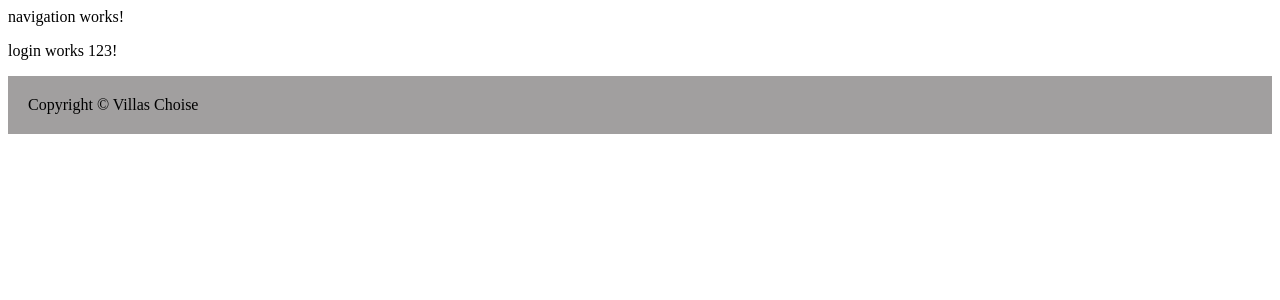
Repository: vsterev/angular-antiCovid-travel
Page: /login (app in covid-travel/)
The author's editor kept a copy of each file at every save. The page is drawn from the files as they stood at one save, then again after the next save.
The browser window is 1280 px wide. The pictures show the whole page.
The project was rebuilt for these pictures with package versions that can differ from the ones it lists, and the page was loaded fresh each time. Also part of the build but not shown: covid-travel/angular.json, covid-travel/src/app/villas/details-reservation/details-reservation.component.ts, covid-travel/src/app/villas/villa-book/villa-book.component.ts, covid-travel/src/app/villas/villa-edit/villa-edit.component.ts, covid-travel/src/app/user/user.service.ts, covid-travel/src/app/villas/villa.service.ts, covid-travel/src/app/villas/villa-detail/villa-detail.component.ts, covid-travel/src/app/villas/villa-add/villa-add.component.ts and 6 more.

Above is the page before, as saved 2020-11-16 01:36:48.

### covid-travel/src/index.html
<!DOCTYPE html>
<html lang="en">
  <head>
    <meta charset="utf-8" />
    <title>CovidTravel</title>
    <base href="/" />
    <meta name="viewport" content="width=device-width, initial-scale=1" />
    <!-- <link rel="icon" type="image/x-icon" href="favicon.ico" /> -->
    <link rel="icon" type="image/png" href="./assets/house.png" />
  </head>
  <body>
    <app-root></app-root>
  </body>
</html>

### covid-travel/src/app/app.module.ts
import { VillasModule } from './villas/villas.module';
import { VillaRoutingModule } from './villas/villas-routing.moule';
import { FooterComponent } from './core/footer/footer.component';
import { NavigationComponent } from './core/navigation/navigation.component';
import { BrowserModule } from '@angular/platform-browser';
import { NgModule } from '@angular/core';

import { AppRoutingModule } from './app-routing.module';
import { AppComponent } from './app.component';
import { HomeComponent } from './home/home.component';
import { HomeAuthComponent } from './home-auth/home-auth.component';
import { UserModule } from './user/user.module';

@NgModule({
  declarations: [
    AppComponent,
    HomeComponent,
    HomeAuthComponent,
    NavigationComponent,
    FooterComponent
  ],
  imports: [
    BrowserModule,
    // VillaRoutingModule,
    AppRoutingModule,
    VillasModule,
    UserModule
  ],
  providers: [],
  bootstrap: [AppComponent]
})
export class AppModule { }

### covid-travel/src/app/villas/villas.module.ts
import { RouterModule } from '@angular/router';
import { VillaRoutingModule } from './villas-routing.moule';
import { NgModule } from '@angular/core';
import { CommonModule } from '@angular/common';
import { DetailsReservationComponent } from './details-reservation/details-reservation.component';
import { VillaDetailComponent } from './villa-detail/villa-detail.component';
import { VillaEditComponent } from './villa-edit/villa-edit.component';
import { VillaAddComponent } from './villa-add/villa-add.component';
import { VillaBookComponent } from './villa-book/villa-book.component';



@NgModule({
  declarations: [DetailsReservationComponent, VillaDetailComponent, VillaEditComponent, VillaAddComponent, VillaBookComponent],
  exports: [],
  imports: [
    CommonModule,
    VillaRoutingModule
  ]
})
export class VillasModule { }

### covid-travel/src/app/app-routing.module.ts
import { RegisterComponent } from './user/register/register.component';
import { LoginComponent } from './user/login/login.component';
import { NotFoundComponent } from './core/not-found/not-found.component';
import { HomeAuthComponent } from './home-auth/home-auth.component';
import { NgModule } from '@angular/core';
import { Routes, RouterModule } from '@angular/router';
import { HomeComponent } from './home/home.component';

const routes: Routes = [
  {
    path: '',
    pathMatch: 'full',
    component: HomeComponent
  },
  {
    path: 'home',
    component: HomeComponent
  },
  {
    path: 'home-auth',
    component: HomeAuthComponent
  },
  {
    path: 'login',
    component: LoginComponent
  },
  {
    path: 'register',
    component: RegisterComponent
  },
  {
    path: '**',
    component: NotFoundComponent
  }
];

// @NgModule({
//   imports: [RouterModule.forRoot(routes)],
//   exports: [RouterModule]
// })
// export class AppRoutingModule { }
export const AppRoutingModule = RouterModule.forRoot(routes);

### covid-travel/src/app/app.component.ts
import { Component } from '@angular/core';

@Component({
  selector: 'app-root',
  templateUrl: './app.component.html',
  styleUrls: ['./app.component.css']
})
export class AppComponent {
  title = 'covid-travel';
}

### covid-travel/src/app/user/user.module.ts
import { UserRoutingModule } from './user-routing.moule';
import { NgModule } from '@angular/core';
import { CommonModule } from '@angular/common';
import { LoginComponent } from './login/login.component';
import { RegisterComponent } from './register/register.component';
import { ProfileComponent } from './profile/profile.component';
import { PassChangeComponent } from './pass-change/pass-change.component';



@NgModule({
  declarations: [LoginComponent, RegisterComponent, ProfileComponent, PassChangeComponent],
  imports: [
    CommonModule,
    UserRoutingModule
  ]
})
export class UserModule { }

### covid-travel/src/app/villas/villas-routing.moule.ts
import { DetailsReservationComponent } from './details-reservation/details-reservation.component';
import { VillaBookComponent } from './villa-book/villa-book.component';
import { VillaEditComponent } from './villa-edit/villa-edit.component';
import { VillaDetailComponent } from './villa-detail/villa-detail.component';
import { RouterModule, Routes } from '@angular/router';
import { VillaAddComponent } from './villa-add/villa-add.component';
import { NgModule } from '@angular/core';


const routes: Routes = [
  {
    path: 'villa',
    children: [
      // {
      //   path: '',
      //   pathMatch: 'full',
      //   redirectTo: '/cause/create'
      // },
      {
        path: 'add',
        component: VillaAddComponent
      },
      {
        path: 'detail/:id',
        component: VillaDetailComponent
      },
      {
        path: 'edit/:id',
        component: VillaEditComponent
      },
      {
        path: 'book/:id',
        component: VillaBookComponent
      },
      {
        path: 'book-detail/:id',
        component: DetailsReservationComponent
      }
    ]
  }
];
// @NgModule({
//   imports: [RouterModule.forChild(routes)],
//   exports: [RouterModule]
// })
// export class VillaRoutingModule { }
export const VillaRoutingModule = RouterModule.forChild(routes);

### covid-travel/src/app/core/footer/footer.component.html
<p>Copyright © Villas Choise</p>

### covid-travel/src/app/core/footer/footer.component.css
p {
  background: rgb(161, 159, 159);
  padding: 20px;
}

### covid-travel/src/app/core/navigation/navigation.component.css
* {
  margin: 0px;
}
div.container {
  background: beige;
}
div.navbar {
  display: flex;
  flex-direction: row;
  align-items: center;
  justify-content: space-between;
  padding: 10px;
  width: 90%;
  margin: 0 auto;
}
div.navbar > ul {
  display: flex;
  flex-direction: row;
  list-style: none;
  justify-content: space-between;
  font-size: 20px;
  margin-right: 20px;
  margin-top: revert;
}
div.navbar > ul > li {
  padding-bottom: 10px;
}
/* div.navbar > ul > li :hover {
  color: white;
  cursor: pointer;
  text-decoration: underline;
  text-decoration-color: blue;
} */
div.navbar > ul > li > a {
  /* text-decoration: none;
  color: blue; */
  font-size: 18px;
}
div.img-wrapper > img {
  width: 100%;
  height: 100%;
  object-fit: none;
}
div.img-wrapper {
  width: 340px;
  height: 64px;
}

### covid-travel/src/app/user/user-routing.moule.ts
import { ProfileComponent } from './profile/profile.component';
import { RouterModule, Routes } from '@angular/router';

const routes: Routes = [
  {
    path: 'user',
    children: [
      // {
      //   path: '',
      //   pathMatch: 'full',
      //   redirectTo: '/cause/create'
      // },
      {
        path: 'login',
        redirectTo: '/login'
      },
      {
        path: 'register',
        redirectTo: '/register'

      },
      {
        path: 'profile/:userId',
        component: ProfileComponent
      }
    ]
  }
];
// @NgModule({
//   imports: [RouterModule.forChild(routes)],
//   exports: [RouterModule]
// })
// export class VillaRoutingModule { }
export const UserRoutingModule = RouterModule.forChild(routes);

### covid-travel/src/app/user/login/login.component.html
<p>login works 123!</p>

### covid-travel/src/app/user/login/login.component.css
h1 {
  color: white;
}
section {
  background-image: url('../../../assets/beach.jpg');
  height: 85vh;
  background-position: center;
  background-repeat: no-repeat;
  background-size: cover;
}
form {
  position: relative;
  left: 56%;
  top: 17%;
  /* color: white; */
  max-width: 400px;
  padding: 40px;
  /* background-color: white; */
  /* opacity: 0.8; */
  border-radius: 20px;
  /* border: 2px; */
  background-color: rgb(189 229 255 / 66%);
  text-align: center;
}
/* form > input {
  width: 400px;
} */
mat-form-field {
  width: 90%;
  font-size: 18px;
}
div.info {
  font-size: smaller;
  color: rgb(114, 65, 65);
  text-align: center;
  margin-top: 20px;
}
button {
  text-align: center;
  font-size: 20px;
  width: 200px;
}
div.error {
  color: red;
}

Loaded but not shown: covid-travel/src/styles.css (common file); covid-travel/src/main.ts (common file); covid-travel/src/environments/environment.ts (common file); covid-travel/src/app/core/footer/footer.component.ts (common file); covid-travel/src/app/core/navigation/navigation.component.ts (common file); covid-travel/src/app/core/navigation/navigation.component.html (common file); covid-travel/src/app/user/login/login.component.ts (common file); covid-travel/src/app/app.component.html (common file); covid-travel/src/app/app.component.css (no stored copy; drawn as an empty file)

After the next save:
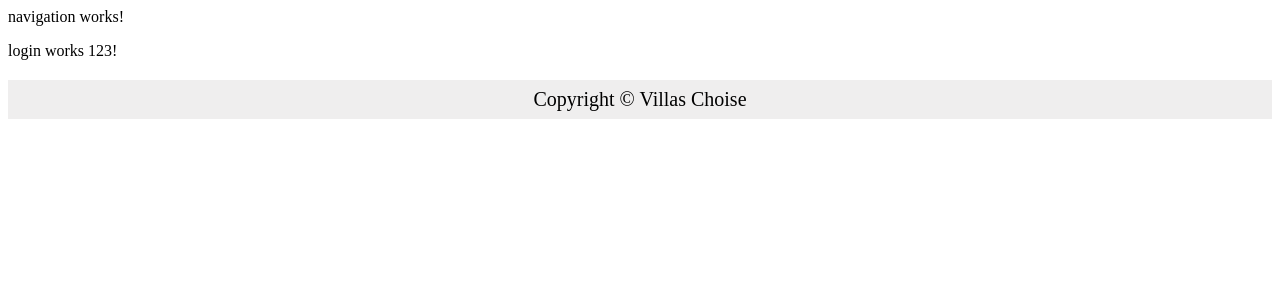
Saved 116 s later.
--- a/covid-travel/src/app/core/footer/footer.component.css
+++ b/covid-travel/src/app/core/footer/footer.component.css
@@ -1,4 +1,6 @@
 p {
-  background: rgb(161, 159, 159);
-  padding: 20px;
+  background: #efeeee;
+  padding: 8px;
+  text-align: center;
+  font-size: 20px;
 }
